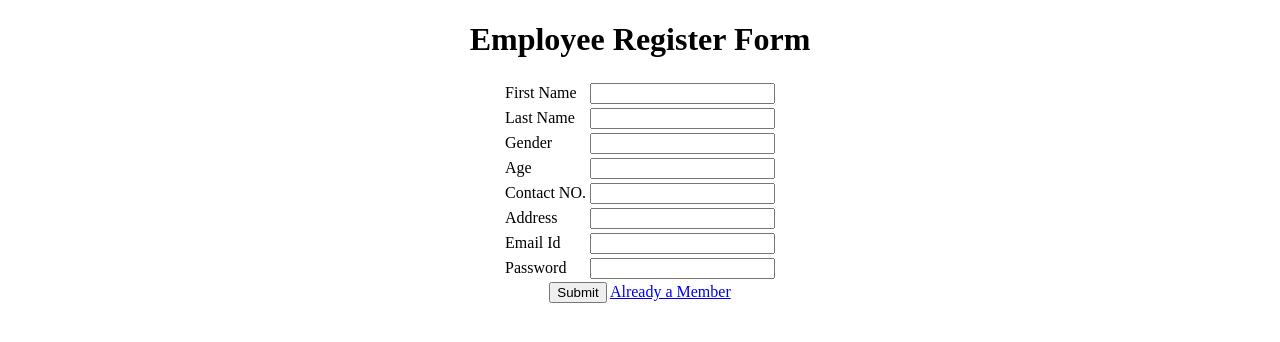
Repository: pawankas/Java_Mini_Project
Page: http://localhost/AirReservation/registeruser.jsp
These files come from the project's save history. The page is drawn as it stood at one moment and after the next save; the edit follows.
The browser window is 1280 px wide. The pictures show the whole page.
The page is served by Tomcat 9. Other server files are loaded and not shown.

Above is the page before, as saved 2022-03-12 03:49:02.

### final/AirReservation/WebContent/registeruser.jsp
<%@ page language="java" contentType="text/html; charset=ISO-8859-1"
 pageEncoding="ISO-8859-1"%>
<!DOCTYPE html>
<html>
<head>
<meta charset="ISO-8859-1">
<title>Insert title here</title>
</head>
<body>
 <div align="center">
  <h1>Employee Register Form</h1>
  <form action="<%= request.getContextPath() %>/register" method="post">
   <table style="with: 80%">
    <tr>
     <td>First Name</td>
     <td><input type="text" name="fname" /></td>
    </tr>
    <tr>
     <td>Last Name</td>
     <td><input type="text" name="lname" /></td>
    </tr>
    <tr>
     <td>Gender</td>
     <td><input type="text" name="gender" /></td>
    </tr>
    <td>Age</td>
     <td><input type="text" name="age" /></td>
    </tr>
     <td>Contact NO.</td>
     <td><input type="text" name="contactNo" /></td>
    </tr>
     <td>Address</td>
     <td><input type="text" name="address" /></td>
    </tr>
     <td>Email Id</td>
     <td><input type="text" name="emailid" /></td>
    </tr>
     <td>Password</td>
     <td><input type="Password" name="password" /></td>
    </tr>
   </table>
   <input type="submit" value="Submit" />
   <a href="/Login.jsp">Already a Member</a>
  </form>
 </div>
</body>
</html>

After the next save:
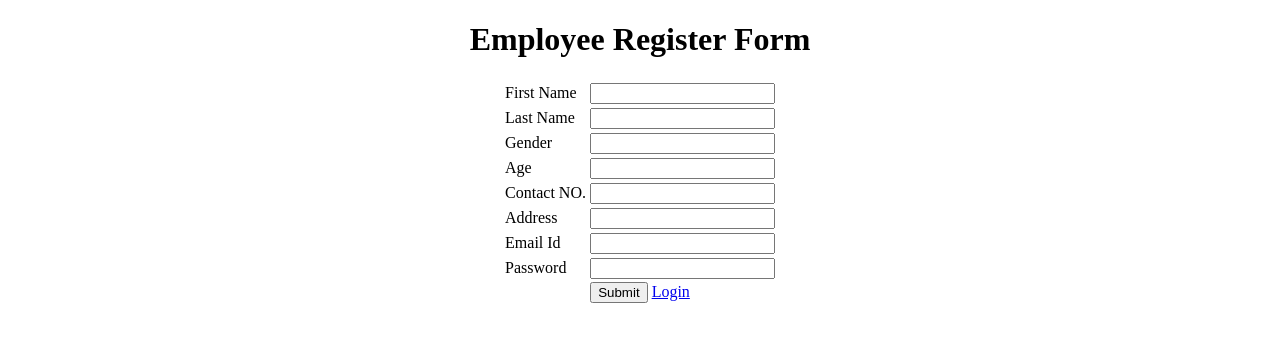
Saved 7 s later.
--- a/final/AirReservation/WebContent/registeruser.jsp
+++ b/final/AirReservation/WebContent/registeruser.jsp
@@ -40,7 +40,7 @@
     </tr>
    </table>
    <input type="submit" value="Submit" />
-   <a href="/Login.jsp">Already a Member</a>
+   <a href="/Login.jsp">Login</a>
   </form>
  </div>
 </body>
